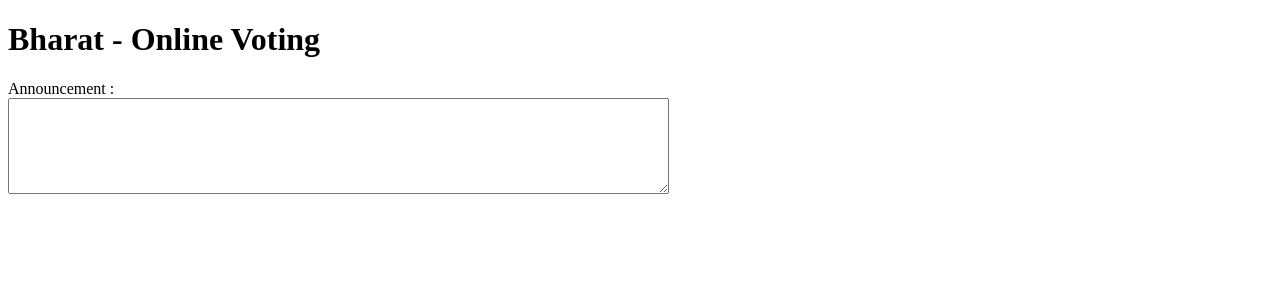
Repository: bhageshchincholi/AdvanceJava
Page: http://localhost/Election/announcement.jsp
These files come from the project's save history. The page is drawn as it stood at one moment and after the next save; the edit follows.
The browser window is 1280 px wide. The pictures show the whole page.
The page is served by Tomcat 9. Other server files are loaded and not shown.

Above is the page before, as saved 2024-06-11 13:19:39.

### ElectionJSP/Election/src/main/webapp/announcement.jsp
<%@ page language="java" contentType="text/html; charset=ISO-8859-1"
    pageEncoding="ISO-8859-1"%>
<!DOCTYPE html>
<html>
<head>
<meta charset="ISO-8859-1">
<title>Announcement</title>
</head>
<body>
		<h1>${initParam.appTitle }</h1>
		<form action="announcement" method="post">
			Announcement : <br/>
			<textarea name="announce" rows="6" cols="80"></textarea>
			<br/><br/>

		</form>
</body>
</html>

After the next save:
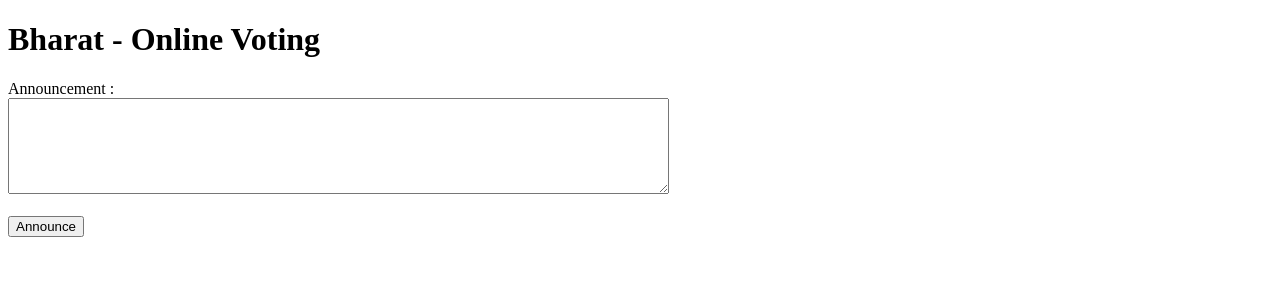
Saved 24 s later.
--- a/ElectionJSP/Election/src/main/webapp/announcement.jsp
+++ b/ElectionJSP/Election/src/main/webapp/announcement.jsp
@@ -13,6 +13,7 @@
 			<textarea name="announce" rows="6" cols="80"></textarea>
 			<br/><br/>
 
+			<input type="submit" value="Announce" />
 		</form>
 </body>
 </html>
